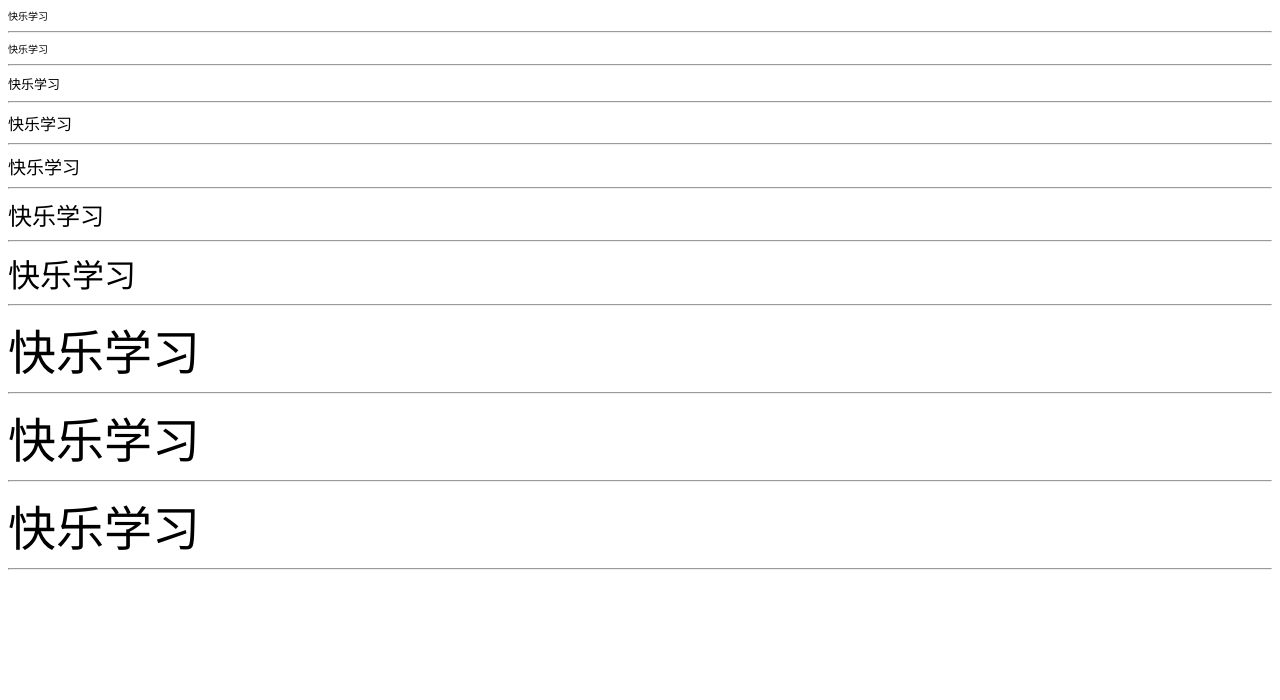
Repository: AndyFlower/web-back
Page: http://localhost/webdemo01/views/test.jsp
The author's editor kept a copy of each file at every save. The page is drawn from the files as they stood at one save, then again after the next save.
The browser window is 1280 px wide. The pictures show the whole page.
The page is served by Tomcat 9. Other server files are loaded and not shown.

Above is the page before, as saved 2017-09-14 14:59:58.

### webdemo01/src/main/webapp/views/test.jsp
<%@ page language="java" import="java.util.*" pageEncoding="UTF-8"%>
<%
String path = request.getContextPath();
String basePath = request.getScheme()+"://"+request.getServerName()+":"+request.getServerPort()+path+"/";
%>

<!DOCTYPE HTML PUBLIC "-//W3C//DTD HTML 4.01 Transitional//EN">
<html>
  <head>
    <base href="<%=basePath%>">

    <title>第二个页面</title>

	<meta http-equiv="pragma" content="no-cache">
	<meta http-equiv="cache-control" content="no-cache">
	<meta http-equiv="expires" content="0">
	<meta http-equiv="keywords" content="keyword1,keyword2,keyword3">
	<meta http-equiv="description" content="This is my page">
	<!--
	<link rel="stylesheet" type="text/css" href="styles.css">
	编译后的文件在tomcat路径下，
	其中包括init()：初始化的方法  destory()：销毁之前的方法  service()：对用户请求生成响应三个方法
	-->

  </head>

  <body>
    <%
      for(int i=0; i<10 ; i++){
         out.println("<font size='"+i+"'>");

     %>
     快乐学习</font>
     <br>
     <hr>
     <%
     }
      %>
  </body>
</html>

After the next save:
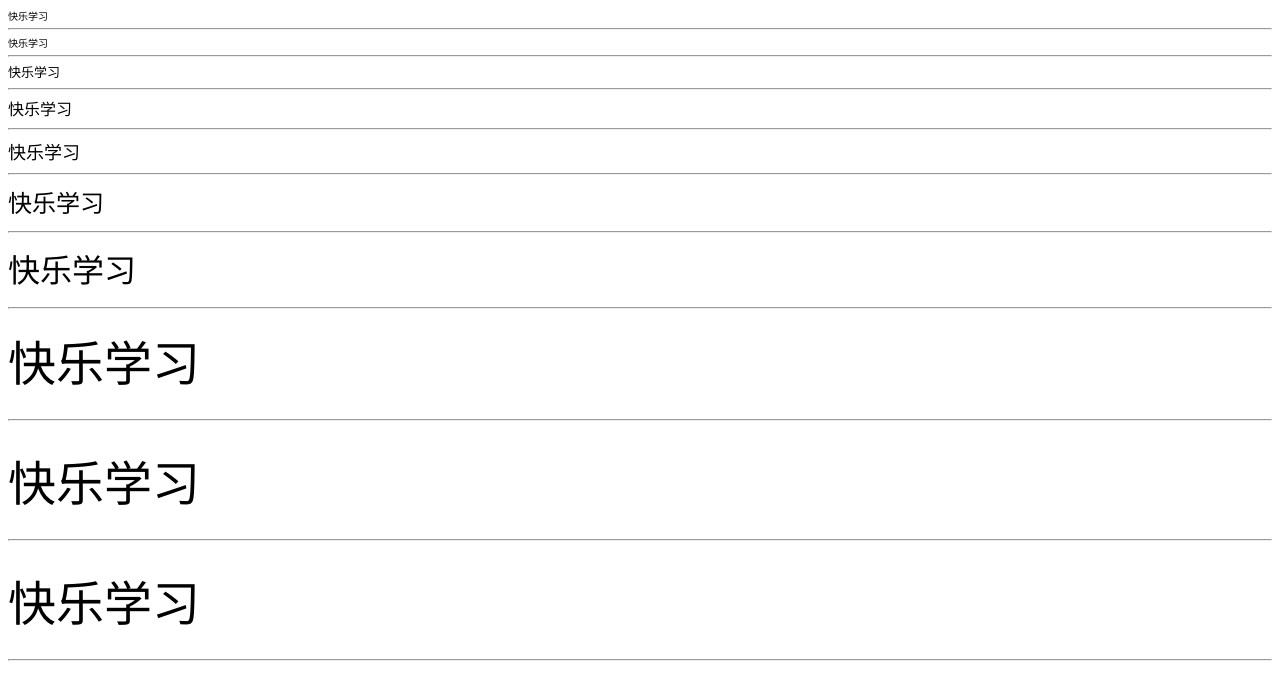
Saved 42 s later.
--- a/webdemo01/src/main/webapp/views/test.jsp
+++ b/webdemo01/src/main/webapp/views/test.jsp
@@ -30,7 +30,7 @@
          out.println("<font size='"+i+"'>");
 
      %>
-     快乐学习</font>
+     快乐学习
      <br>
      <hr>
      <%

After the 2 saves that followed:
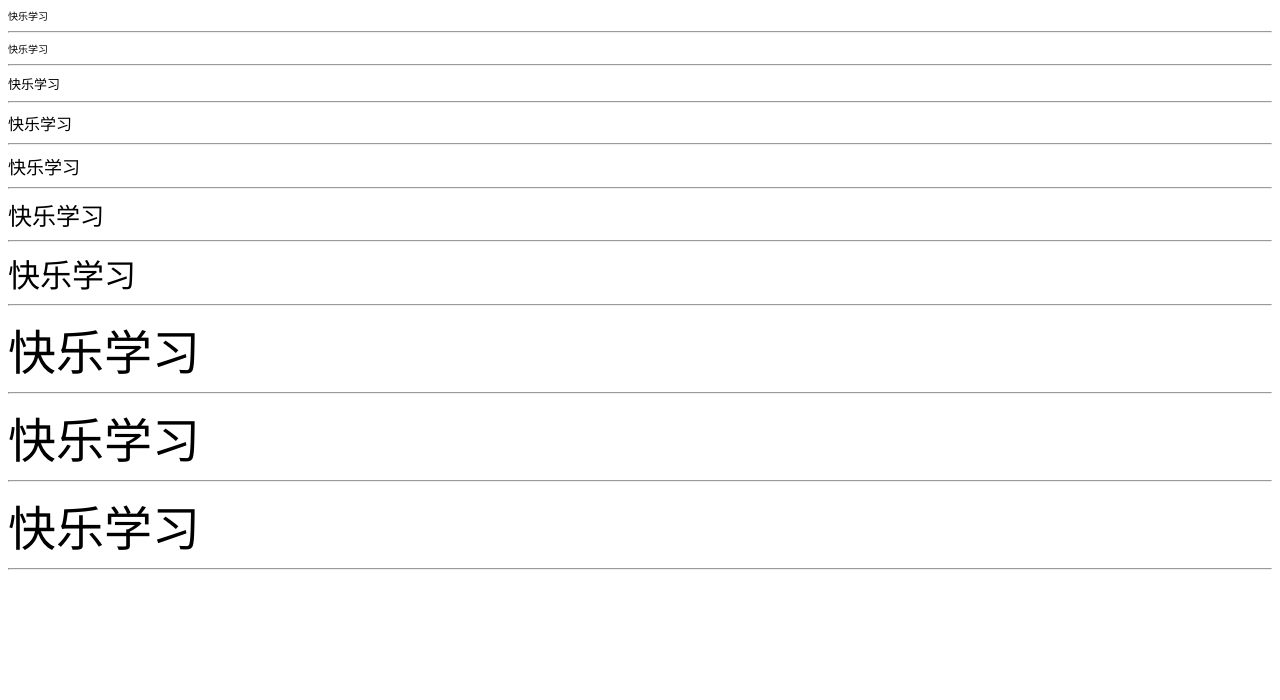
The 2 saves are shown as one change because 1 left the picture as it was.
The last was saved 29 s later.
--- a/webdemo01/src/main/webapp/views/test.jsp
+++ b/webdemo01/src/main/webapp/views/test.jsp
@@ -30,9 +30,9 @@
          out.println("<font size='"+i+"'>");
 
      %>
-     快乐学习
-     <br>
-     <hr>
+     快乐学习</font>
+     <br/>
+     <hr/>
      <%
      }
       %>
